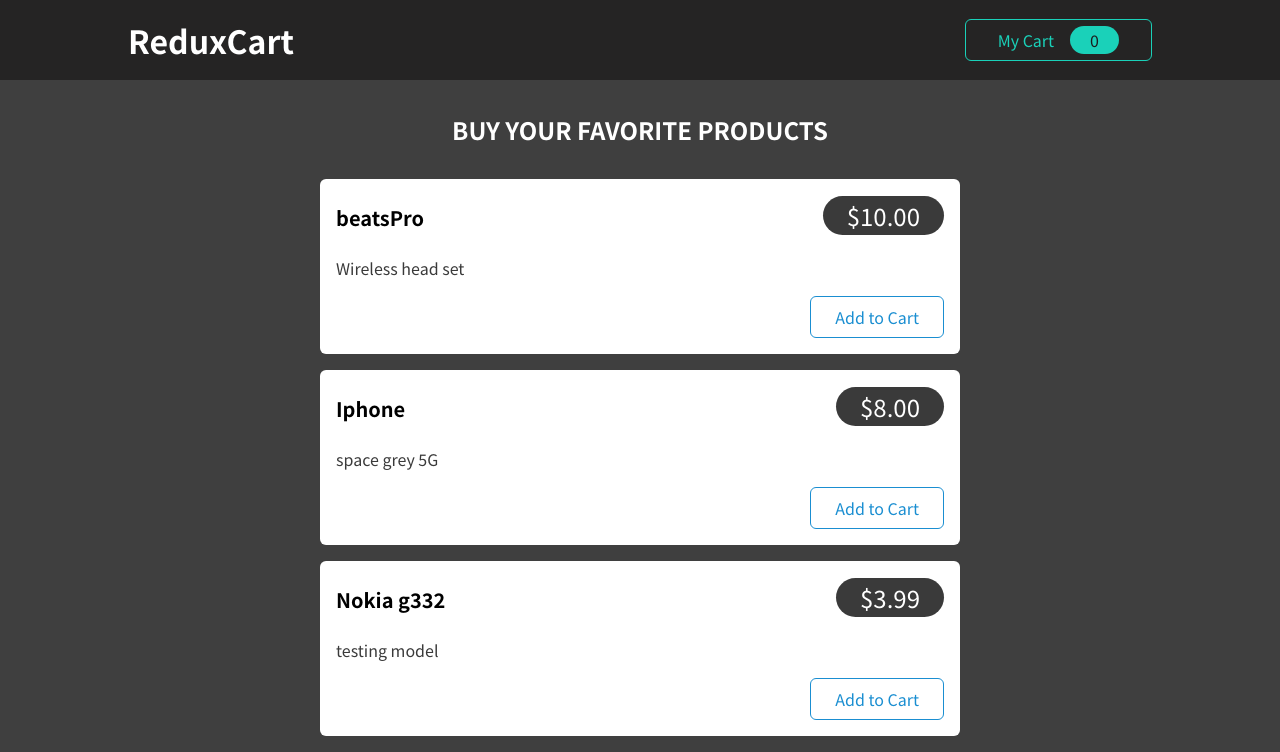
Repository: NamalPathirana/Redux-two-async
Page: /
An editor plug-in stored every save of this project. The page is shown before and after the next save, followed by the edit.
The browser window is 1280 px wide. The pictures show the whole page.
The page's requests for data from a server got no answer. The project was rebuilt for these pictures with package versions that can differ from the ones it lists, and the page was loaded fresh each time. No one was signed in, and anything a server would have sent is missing. Also part of the build but not shown: src/components/Cart/Cart.module.css, src/components/Cart/CartItem.module.css, src/components/Cart/CartItem.js, src/components/Cart/Cart.js.

Above is the page before, as saved 2022-04-16 12:00:25.

### src/index.js
import ReactDOM from 'react-dom/client';

import './index.css';
import App from './App';
import { Provider } from 'react-redux';
import store from './store/store';



const root = ReactDOM.createRoot(document.getElementById('root'));
root.render(<Provider store={store}><App /></Provider>);

### src/index.css
@import url('https://fonts.googleapis.com/css2?family=Noto+Sans+JP:wght@400;700&display=swap');

* {
  box-sizing: border-box;
}

html {
  font-family: 'Noto Sans JP', sans-serif;
}

body {
  margin: 0%;
  background-color: #3f3f3f;
}

button {
  font: inherit;
  cursor: pointer;
  padding: 0.5rem 1.5rem;
  border-radius: 6px;
  background-color: transparent;
  color: #1a8ed1;
  border: 1px solid #1a8ed1;
}

button:hover,
button:active {
  background-color: #1ac5d1;
  border-color: #1ac5d1;
  color: white;
}

### src/App.js
import Cart from "./components/Cart/Cart";
import Layout from "./components/Layout/Layout";
import Products from "./components/Shop/Products";
import { useSelector, useDispatch } from "react-redux";
import { Fragment, useEffect } from "react";
import Notification from "./components/UI/Notification";
import { sendCartData ,fetchCartData } from "./store/cart-actions";

let initialRender = true;

function App() {
  const cart = useSelector((state) => {
    return state.cart;
  });

  const notification = useSelector((state) => {
    return state.ui.notification;
  });

  const dispatch = useDispatch();

  const isVisible = useSelector((state) => state.ui.cartIsVisible);

  useEffect(() => {

    fetchCartData();

    if (initialRender) {
      initialRender = false;
      return;
    }

    dispatch(sendCartData(cart));
  }, [cart, dispatch]);

  return (
    <Fragment>
      {notification && (
        <Notification
          status={notification.status}
          title={notification.title}
          message={notification.message}
        ></Notification>
      )}
      <Layout>
        {isVisible && <Cart />}
        <Products />
      </Layout>
    </Fragment>
  );
}

export default App;

### src/store/store.js
import { configureStore } from "@reduxjs/toolkit";
import cartSlice from "./cart";
import UISlice from "./ui-slice";

const store = configureStore({
  reducer: {
    cart: cartSlice,
    ui: UISlice,
  },
});

export default store;

### src/components/Shop/Products.js
import ProductItem from "./ProductItem";
import classes from "./Products.module.css";
import { cartActions } from "../../store/cart";
import { useDispatch, useSelector } from "react-redux";

const Products = (props) => {
  const dispatch = useDispatch();

  const cartItems = useSelector((state) => state.cart.items);

  const productList = [
    {
      id: 1,
      name: "beatsPro",
      description: "Wireless head set",
      price: 10,
    },
    {
      id: 2,
      name: "Iphone",
      description: "space grey 5G",
      price: 8,
    },
    {
      id: 3,
      name: "Nokia g332",
      description: "testing model",
      price: 3.99,
    },
  ];

  const onClickHandler = (id) => {
    const clickedItem = productList.filter((item) => {
      return item.id === id;
    });

    dispatch(
      cartActions.addItemToCart({
        item: {
          id: id,
          name: clickedItem[0].name,
          description: clickedItem[0].description,
          quantity: 1,
          price: clickedItem[0].price,
        },
      })
    );
  };

  return (
    <section className={classes.products}>
      <h2>Buy your favorite products</h2>
      <ul>
        {productList.map((item) => {
          return (
            <ProductItem
              title={item.name}
              price={item.price}
              description={item.description}
              id={item.id}
              onClick={onClickHandler}
            />
          );
        })}
      </ul>
    </section>
  );
};

export default Products;

### src/store/cart-actions.js
import { cartActions } from "./cart";
import { UIActions } from "./ui-slice";

export const sendCartData = (cart) => {
  return async (dispatch) => {
    dispatch(
      UIActions.showNotification({
        status: "pending",
        title: "Sending...",
        message: "Sending cart data!",
      })
    );

    const sendRequest = async () => {
      const response = await fetch(
        "https://react-http-demo-87b25-default-rtdb.firebaseio.com/cart.json",
        {
          method: "PUT",
          body: JSON.stringify(cart),
        }
      );

      if (!response.ok) {
        throw new Error("something went wrong!");
      }
    };

    try {
      await sendRequest();
      dispatch(
        UIActions.showNotification({
          status: "success",
          title: "Success...",
          message: "Sending cart Successful !",
        })
      );
    } catch (e) {
      sendCartData().catch((error) => {
        dispatch(
          UIActions.showNotification({
            status: "error",
            title: "Error...",
            message: "Some thing went wrong",
          })
        );
      });
    }
  };
};

export const fetchCartData = () => {
  return async (dispatch) => {
    const getDataRequest = () => {
      const response = fetch(
        "https://react-http-demo-87b25-default-rtdb.firebaseio.com/cart.json"
      );

      if (!response.ok) {
        throw new Error("something went wrong!");
      }

      const responseData = response.jason();

      dispatch(cartActions.addItemToCart(responseData));
    };

    try {
      getDataRequest();
      dispatch(
        UIActions.showNotification({
          status: "success",
          title: "Success...",
          message: "Data fetched !!! ",
        })
      );
    } catch (e) {
      dispatch(
        UIActions.showNotification({
          status: "error",
          title: "Error...",
          message: "fetch data failed",
        })
      );
    }
  };
};

### src/store/cart.js
import { createSlice } from "@reduxjs/toolkit";
import { UIActions } from "./ui-slice";

// itemsTemplate = {items: [
//     {
//       id: 0,
//       name: "",
//       description: "",
//       quantity: 0,
//       price: 0,
//       totalPrice: 0,
//     },
//   ],}

const initialCartState = {
  items: [],
  totalAmount: 0.0,
  totalItems: 0,
};

const cartSlice = createSlice({
  name: "cart",
  initialState: initialCartState,
  reducers: {
    addItemToCart(state, actions) {
      if (actions.payload.item === null) return;

      const userEnteredItem = actions.payload.item;

      const existingItem = state.items.find(
        (item) => item.id === userEnteredItem.id
      );

      if (existingItem) {
        existingItem.quantity++;
        existingItem.totalPrice = existingItem.quantity * existingItem.price;
      } else {
        state.items.push({
          id: userEnteredItem.id,
          name: userEnteredItem.name,
          description: userEnteredItem.description,
          quantity: userEnteredItem.quantity,
          price: userEnteredItem.price,
          totalPrice: userEnteredItem.price * userEnteredItem.quantity,
        });
      }

      state.totalItems = state.items.reduce((previousValue, currentItem) => {
        return previousValue + currentItem.quantity;
      }, 0);

      state.totalAmount = state.items.reduce((previousValue, currentItem) => {
        return previousValue + currentItem.totalPrice;
      }, 0);
    },
    increaseQuantity(state, actions) {
      const existingItem = state.items.find(
        (item) => item.id === actions.payload.id
      );
      existingItem.quantity++;
      existingItem.totalPrice = existingItem.price * existingItem.quantity;

      state.totalItems = state.items.reduce((previousValue, currentItem) => {
        return previousValue + currentItem.quantity;
      }, 0);
      state.totalAmount = state.items.reduce((previousValue, currentItem) => {
        return previousValue + currentItem.totalPrice;
      }, 0);
    },
    decreaseQuantity(state, actions) {
      const existingItem = state.items.find(
        (item) => item.id === actions.payload.id
      );

      existingItem.quantity--;
      existingItem.totalPrice = existingItem.price * existingItem.quantity;
      state.totalItems = state.items.reduce((previousValue, currentItem) => {
        return previousValue + currentItem.quantity;
      }, 0);
      state.totalAmount = state.items.reduce((previousValue, currentItem) => {
        return previousValue + currentItem.totalPrice;
      }, 0);

      if (existingItem.quantity === 0)
        state.items = state.items.filter((item) => item.id !== existingItem.id);
    },
  },
});

export const cartActions = cartSlice.actions;

export default cartSlice.reducer;

### src/store/ui-slice.js
import { createSlice } from "@reduxjs/toolkit";

const initialUIState = {
  cartIsVisible: false,
  notification: null,
};

const UISlice = createSlice({
  name: "ui",
  initialState: initialUIState,
  reducers: {
    toggle(state) {
      state.cartIsVisible = !state.cartIsVisible;
    },
    showNotification(state, action) {
      state.notification = {
        status: action.payload.status,
        title: action.payload.title,
        message: action.payload.message,
      };
    },
  },
});

export const UIActions = UISlice.actions;

export default UISlice.reducer;

### src/components/Shop/ProductItem.js
import Card from "../UI/Card";
import classes from "./ProductItem.module.css";

const ProductItem = (props) => {
  const { title, price, description, id } = props;

  return (
    <li className={classes.item}>
      <Card>
        <header>
          <h3>{title}</h3>
          <div className={classes.price}>${price.toFixed(2)}</div>
        </header>
        <p>{description}</p>
        <div className={classes.actions}>
          <button onClick={props.onClick.bind(null,id)}>Add to Cart</button>
        </div>
      </Card>
    </li>
  );
};

export default ProductItem;

### src/components/Cart/CartButton.js
import classes from "./CartButton.module.css";
import { useSelector, useDispatch } from "react-redux";
import { UIActions } from "../../store/ui-slice";

const CartButton = () => {
  const dispatch = useDispatch();

  const cartItemCount = useSelector((state) => {
    return state.cart.totalItems;
  });

  const cartToggleHandler = () => {
    dispatch(UIActions.toggle());
  };

  return (
    <button className={classes.button} onClick={cartToggleHandler}>
      <span>My Cart</span>
      <span className={classes.badge}>{cartItemCount}</span>
    </button>
  );
};

export default CartButton;

### src/components/UI/Notification.js
import classes from "./Notification.module.css";
import {useSelector} from "react-redux";

const Notification = (props) => {
  let specialClasses = '';

  if(props.status === 'error'){
      specialClasses = classes.error;
  }

  if(props.status === 'success'){
      specialClasses = classes.success;
  }

  const cssClasses = `${classes.notification} ${specialClasses}`;

  return (
    <section className={cssClasses}>
      <h2>{props.title}</h2>
      <p>{props.message}</p>
    </section>
  );
};

export default Notification;

### src/components/UI/Notification.module.css
.notification {
  background-color: #1a8ed1;
  width: 100%;
  margin: 0%;
  display: flex;
  justify-content: space-between;
  align-items: center;
  color: white;
  padding: 0.5rem 10%;
  animation: notice;
  animation-timing-function: ease-in-out;
  animation-duration: 0.8s;
  animation-fill-mode: forwards;
}

.notification h2,
.notification p {
  font-size: 1rem;
  margin: 0;
}

.error {
  background-color: #690000;
}

.success {
  background-color: #1ad1b9;
}

@keyframes notice {
  0% {
    height: 0rem;
    padding: 0rem 5%;
    opacity: 0;
  }
  100% {
    height: 2rem;
    padding: 0.5rem 5%;
    opacity: 1;
  }
}

Loaded but not shown: public/index.html (common file); src/components/Layout/Layout.js (common file); src/components/UI/Card.js (common file); src/components/Layout/MainHeader.js (common file); src/components/Shop/Products.module.css (common file); src/components/UI/Card.module.css (common file); src/components/Layout/MainHeader.module.css (common file); src/components/Shop/ProductItem.module.css (common file); src/components/Cart/CartButton.module.css (common file)

After the next save:
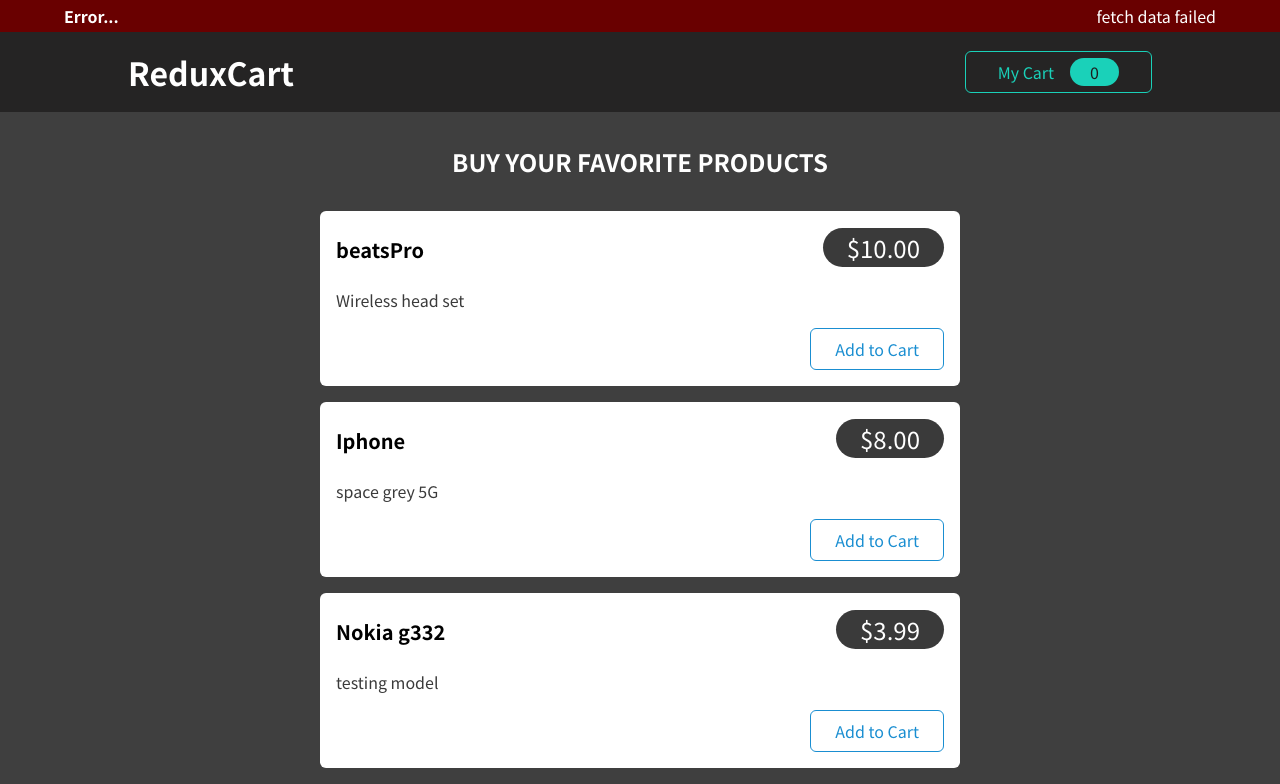
Saved 27 s later.
--- a/src/App.js
+++ b/src/App.js
@@ -23,7 +23,7 @@ function App() {
 
   useEffect(() => {
 
-    fetchCartData();
+    dispatch(fetchCartData());
 
     if (initialRender) {
       initialRender = false;
